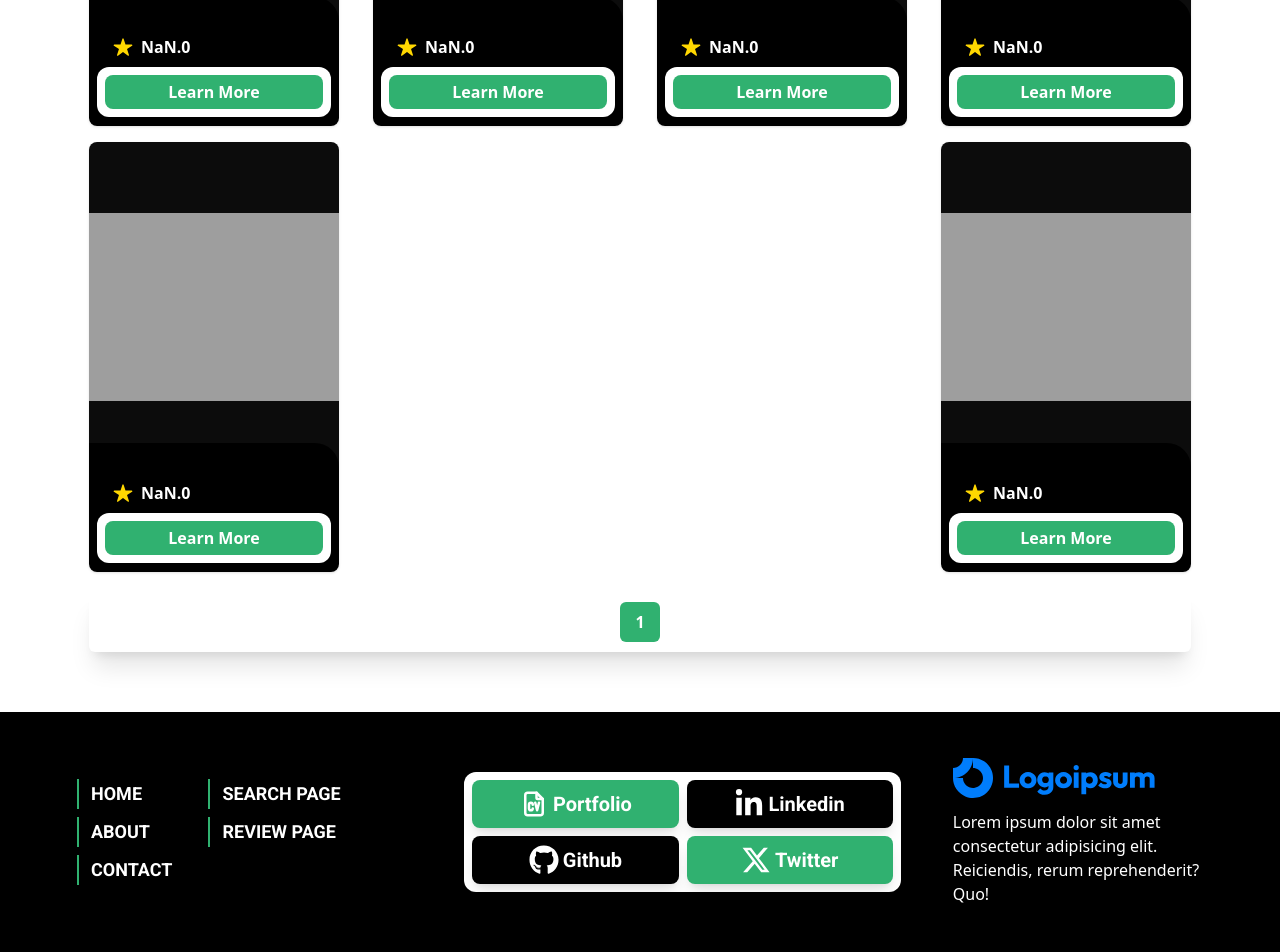
Repository: jayantatech/FrameFlick
Page: /movies
The author's editor kept a copy of each file at every save. The page is drawn from the files as they stood at one save, then again after the next save.
The browser window is 1280 px wide. The pictures show the part of the page from y = 1096 to 2048 px (the page is 2048 px tall).
Pictures or frames that could not be fetched are drawn as grey boxes. The page's requests for data from a server got no answer. The project was rebuilt for these pictures with package versions that can differ from the ones it lists, and the page was loaded fresh each time. No one was signed in, and anything a server would have sent is missing. Also part of the build but not shown: vite.config.js, src/components/header/SearchBar.jsx, src/components/sliderComponent/button.css, src/components/sliderComponent/SliderComponent.jsx, src/pages/home/comingAttractions/ComingAttractions.jsx, src/pages/home/currentFavorites/CurrentFavorites.jsx, src/pages/home/movieGenres/MovieGenres.jsx, src/components/responsiveTitle/responsiveTitle.jsx and 11 more.

Above is the page before, as saved 2024-02-13 19:09:29.

### index.html
<!doctype html>
<html lang="en">

<head>
  <meta charset="UTF-8" />
  <link rel="icon" type="image/svg+xml" href="/vite.svg" />
  <meta name="viewport" content="width=device-width, initial-scale=1.0" />
  <link
    href="https://fonts.googleapis.com/css?family=Roboto:100,100italic,300,300italic,regular,italic,500,500italic,700,700italic,900,900italic"
    rel="stylesheet" />
  <link
    href="https://fonts.googleapis.com/css?family=Poppins:100,100italic,200,200italic,300,300italic,regular,italic,500,500italic,600,600italic,700,700italic,800,800italic,900,900italic"
    rel="stylesheet" />
  <title>Vite + React</title>
</head>

<body>
  <div id="root"></div>
  <script type="module" src="/src/main.jsx"></script>
</body>

</html>

### src/main.jsx
import React from "react";
import ReactDOM from "react-dom/client";
import App from "./App.jsx";
import "./index.css";
import { Provider } from "react-redux";
import store from "./store/Store.js";

ReactDOM.createRoot(document.getElementById("root")).render(
  <React.StrictMode>
    <Provider store={store}>
      <App />
    </Provider>
  </React.StrictMode>
);

### src/App.jsx
import React, { useEffect } from "react";
import ContentWrapper from "./components/contentWrapper/ContentWrapper";
import Header from "./components/header/Header";
import SearchBar from "./components/header/SearchBar";
import { fetchDataFromApi } from "./Utils/api";
import { useDispatch, useSelector } from "react-redux";
import { setFilmGenres, setUrl } from "./store/HomeSlice";
import Home from "./pages/home/Home";
import fetchData from "./components/hooks/fetchData";
import VideoPopBox from "./components/videoPopBox/VideoPopBox";
import Footer from "./components/footer/Footer";
import ReviewPage from "./pages/reviewPage/ReviewPage";
import { BrowserRouter, Route, Routes } from "react-router-dom";
import MoviePage from "./pages/moviePage/MoviePage";

/*
main green color - #58DAA8
2nd main color - #30b170
light green color - #E6FFF8
deep Green color - #409E7A
deep Green color 2 - #5EBEA3

*/

const App = () => {
  const { data, loading } = fetchData("configuration");

  const dispatch = useDispatch();
  useEffect(() => {
    dispatch(setUrl(`${data?.images.secure_base_url + "original"}`));
  }, [data]);

  const { data: genresData, loading: genresLoading } = fetchData(
    `genre/movie/list?language=en`
  );
  useEffect(() => {
    dispatch(setFilmGenres(genresData && genresData?.genres));
  }, [genresData]);

  return (
    <BrowserRouter>
      <VideoPopBox />
      <Header />
      <Routes>
        <Route path="/" element={<Home />} />
        <Route path="/review/:film/:id" element={<ReviewPage />} />
        <Route path="/movies" element={<MoviePage />} />
      </Routes>
      {/* <div className=" w-full h-[800px]"></div> */}
      <Footer />
    </BrowserRouter>
  );
};

export default App;

### src/components/contentWrapper/ContentWrapper.jsx
import React from "react";

const ContentWrapper = ({ children }) => {
  return <div className="w-full max-w-[1158px] mx-auto px-4">{children}</div>;
};

export default ContentWrapper;

### src/components/hooks/fetchData.jsx
import React, { useEffect, useState } from "react";
import { fetchDataFromApi } from "../../Utils/api";

const fetchData = (url) => {
  const [data, setData] = useState(null);
  const [loading, setLoading] = useState(null);
  const [error, setError] = useState(null);

  useEffect(() => {
    setLoading(true);
    setData(null);
    setError(null);
    fetchDataFromApi(url)
      .then((res) => {
        if (res?.status === 404) {
          throw new Error("Videos not found for this video");
        } else {
          return res.json();
        }
      })
      .then((data) => {
        setLoading(false);
        setData(data);
      })
      .catch((error) => setError("Something went wrong"));
  }, [url]);

  return { data, loading, error };
};

export default fetchData;

### src/components/videoPopBox/VideoPopBox.jsx
import React, { useEffect, useState } from "react";
import { IoClose } from "react-icons/io5";
import { useDispatch, useSelector } from "react-redux";
import { setVideoPopBox } from "../../store/HomeSlice";
import ReactPlayer from "react-player";

const VideoPopBox = () => {
  const [activeVideo, setActiveVideo] = useState(false);
  const [videoInfo, setVideoInfo] = useState([]);
  const dispatch = useDispatch();
  const { vidboxOn, vidBoxInfo } = useSelector(
    (state) => state.home.VideoPopBox
  );
  useEffect(() => {
    if (vidboxOn) setActiveVideo(vidboxOn);
    if (vidBoxInfo) setVideoInfo(vidBoxInfo);
  }, [vidboxOn, vidBoxInfo]);

  // useEffect(() => {
  //   if (activeVideo) {
  //     document.body.style.overflow = "hidden";
  //   } else {
  //     document.body.style.overflow = "auto";
  //   }
  // }, [activeVideo]);

  function hideVideoBox() {
    dispatch(setVideoPopBox([{ vidBoxOnPass: false, vidBoxInfoPass: {} }]));
    setActiveVideo(false);
  }

  return (
    <div
      className={` fixed w-screen h-screen top-0 left-0 ${
        activeVideo ? "block z-40" : "hidden -z-0"
      }`}
    >
      <div
        className={` relative top-0 left-0 min-h-screen min-w-screen flex items-center justify-center overflow-hidden`}
      >
        <div
          className=" absolute top-0 left-0 w-full h-full bg-[#000000af]"
          onClick={hideVideoBox}
        ></div>
        <div
          className={`w-[840px] h-[540px] max-lg:w-[660px] max-lg:h-[440px] max-md:w-[360px] max-md:h-[240px] bg-[#fff] shadow-xl rounded-xl py-4 px-4 relative transition-all duration-300 ${
            activeVideo ? "translate-y-[0%]" : "translate-y-[150%]"
          }`}
        >
          <div
            className=" w-[50px] h-[50px] bg-[#30B170] hover:bg-[#58DAA8] text-black hover:text-gray-600  absolute -top-5 -right-5 rounded-full flex items-center justify-center text-4xl cursor-pointer"
            onClick={hideVideoBox}
          >
            <IoClose />
          </div>
          <div className=" w-full h-full bg-black">
            {videoInfo && (
              <ReactPlayer
                url={`https://www.youtube.com/watch?v=${videoInfo?.key}`}
                width={"100%"}
                height={"100%"}
              />
            )}
          </div>
        </div>
      </div>
    </div>
  );
};

export default VideoPopBox;

### src/pages/moviePage/MoviePage.jsx
import React from "react";
import HeroMovie from "./heroMovie/HeroMovie";
import AllMovies from "./allMovies/AllMovies";

const MoviePage = () => {
  return (
    <div>
      <HeroMovie />
      <AllMovies />
    </div>
  );
};

export default MoviePage;

### src/pages/moviePage/heroMovie/HeroMovie.jsx
import React, { useEffect, useState } from "react";
import MyImage from "../../../components/myImage/MyImage";
import fetchData from "../../../components/hooks/fetchData";
import { useSelector } from "react-redux";
import MovieHeroInfo from "../../../components/movieHeroInfo/MovieHeroInfo";

const HeroMovie = () => {
  const [storeGen, setStoreGen] = useState([]);
  const [filmInfo, setFilmInfo] = useState([]);
  const [storeRendom, setStoreRendom] = useState(null);
  const { data, loading } = fetchData(`trending/movie/week`);
  const { url, filmGenres } = useSelector((state) => state.home);

  useEffect(() => {
    let rendomData;
    if (data?.results) {
      const genRanNum = Math.floor(Math.random() * 19);
      rendomData = data?.results[genRanNum];
      setStoreRendom(rendomData);
      console.log(data);
    }
  }, [data]);

  // let testData = storeRendom && storeRendom;
  let movieHeroData = storeRendom && storeRendom;
  useEffect(() => {
    let storeGenNum = [];
    if (movieHeroData) {
      filmGenres?.forEach((element) => {
        if (movieHeroData?.genre_ids.includes(element?.id)) {
          storeGenNum.push(element);
        }
      });
    }
    setStoreGen(storeGenNum);
  }, [filmGenres, movieHeroData]);
  console.log(storeGen);
  return (
    <div className=" w-full h-[590px] max-md:h-[670px] bg-black relative">
      <div className=" w-full h-full bg-[#0000005d] absolute top-0 left-0 z-10"></div>
      <div className=" overflow-hidden w-full h-full absolute top-0 left-0 z-0 ">
        <MyImage
          src={`${url}${!loading && movieHeroData?.backdrop_path}`}
          className={"max-lg:scale-150 max-md:scale-[4]"}
        />
      </div>
      <MovieHeroInfo movieHeroData={movieHeroData} storeGen={storeGen} />
    </div>
  );
};

export default HeroMovie;

### src/pages/moviePage/allMovies/AllMovies.jsx
import React from "react";
import ContentWrapper from "../../../components/contentWrapper/ContentWrapper";
import FilmCard from "../../../components/filmCard/FilmCard";

const AllMovies = () => {
  return (
    <div>
      <ContentWrapper>
        <div className=" py-[60px] px-3">
          <div className=" py-3">
            <h2 className=" capitalize text-3xl font-[Roboto] font-bold">
              our Movie suggestions
            </h2>
          </div>
          <div className=" w-full h-auto flex py-5 flex-row flex-wrap gap-4 items-center justify-between">
            <FilmCard />
            <FilmCard />
            <FilmCard />
            <FilmCard />
            <FilmCard />
            <FilmCard />
          </div>
          <div className=" w-full h-[60px] bg-[#fff] shadow-xl rounded-md flex items-center justify-center">
            <div className=" w-[40px] h-[40px] bg-[#30B170] text-white rounded-md flex items-center justify-center font-semibold">
              1
            </div>
          </div>
        </div>
      </ContentWrapper>
    </div>
  );
};

export default AllMovies;

### src/components/myImage/MyImage.jsx
import React from "react";
import { LazyLoadImage } from "react-lazy-load-image-component";
import "react-lazy-load-image-component/src/effects/blur.css";

const MyImage = ({ src, className, alt }) => (
  <div className=" w-full min-h-full flex items-center justify-center overflow-hidden bg-contain">
    <LazyLoadImage
      alt={alt ? alt : "Frameflick"}
      src={src}
      effect="blur"
      width={"100%"}
      height={"100%"}
      className={`${className}`}
    />
  </div>
);

export default MyImage;

### src/components/movieHeroInfo/MovieHeroInfo.jsx
import React, { useEffect, useState } from "react";
import { IoIosStar } from "react-icons/io";
import ContentWrapper from "../contentWrapper/ContentWrapper";
import GenresCard from "../genresCard/GenresCard";
import BothButton from "../bothButton/BothButton";
import ResponsiveTitle from "../responsiveTitle/responsiveTitle";
import ResponsiveText from "../responsiveText/ResponsiveText";
import RattingBox from "../rattingBox/RattingBox";
import DateBox from "../dateBox/DateBox";

const MovieHeroInfo = ({ movieHeroData, storeGen }) => {
  const [storeSlice, setStoreSlice] = useState(null);
  useEffect(() => {
    const slicGen = storeGen && storeGen?.slice(0, 3);
    setStoreSlice(slicGen);
  }, [storeGen]);

  console.log(storeGen);
  return (
    <ContentWrapper>
      <div className=" relative top-0 left-0 w-full h-[590px] max-md:h-[670px] flex items-end justify-center py-4 z-20">
        <div className=" w-full min-h-[270px] max-lg:min-h-[270px] max-md:min-h-[470px] rounded-lg  bg-[#636262] backdrop-filter backdrop-blur-sm bg-opacity-60 p-4 max-lg:px-2 flex flex-row gap-2 max-md:flex-col">
          <div className=" md:w-3/6">
            <h2 className=" text-3xl font-[Roboto] font-bold text-white min-h-[40px]">
              {movieHeroData?.original_title}
            </h2>
            {/* <ResponsiveTitle data={testData} /> */}
            <div className=" w-full h-[40px]  my-2 flex items-center flex-row gap-2 px-2">
              <DateBox data={movieHeroData} />
              <RattingBox data={movieHeroData} />
            </div>
            {
              <div className=" w-full h-[60px] max-md:h-[80px] max-lg:h-[90px] flex items-center justify-start px-2 flex-row gap-2">
                <ResponsiveText data={movieHeroData} upTo={15} />
              </div>
            }
            <div className=" px-2 py-3 flex items-center justify-center gap-2 flex-row">
              <BothButton data={movieHeroData} />
            </div>
          </div>
          <div className=" md:w-3/6 max-h-[210px] max-lg:max-h-[240px] max-md:min-h-[240px] px-3 py-3 flex items-center justify-start gap-6 max-lg:gap-3 flex-wrap flex-col">
            <div className=" w-full py-1 bg-[#000] text-white text-center rounded-md">
              <span className=" font-[Roboto] font-semibold text-lg">
                {" "}
                {movieHeroData?.original_title} Genres
              </span>
            </div>
            <div className=" flex items-center justify-center gap-3 flex-wrap flex-row max-md:flex-row ">
              {storeSlice?.map((item, index) => (
                <GenresCard key={index} item={item} />
              ))}
            </div>
          </div>
        </div>
      </div>
    </ContentWrapper>
  );
};

export default MovieHeroInfo;

### src/components/filmCard/FilmCard.jsx
import React, { useState } from "react";
import { useDispatch, useSelector } from "react-redux";
import { IoStar } from "react-icons/io5";
import fetchData from "../hooks/fetchData";
import { setVideoPopBox } from "../../store/HomeSlice";
import MyImage from "../myImage/MyImage";
import { useLoaderData, useLocation, useNavigate } from "react-router";

const FilmCard = ({ data, loading }) => {
  const [videoBoxActive, setVideoBoxActive] = useState(false);
  const dispatch = useDispatch();
  const { url } = useSelector((state) => state?.home);
  const { currentTabValu } = useSelector((state) => state?.home);

  const { data: newData, loading: newLoading } = fetchData(
    `${currentTabValu}/${data?.id && data?.id}/videos`
  );

  const averageVote = data && data?.vote_average;
  const votePointer = Number(
    data && data?.vote_average.toString().split(".")[1]
  );

  const originalTitle = data?.original_title || data?.name || "";
  let truncatedTitle;

  if (originalTitle.length >= 18) {
    truncatedTitle = originalTitle.slice(0, 18) + "...";
  } else {
    truncatedTitle = originalTitle;
  }

  let newReleaseDate = data?.release_date || data?.first_air_date;
  const oneVideo = newData?.results?.filter((item) => item?.key);
  const oneTrailer = oneVideo && oneVideo[0];
  const releaseDate =
    newReleaseDate &&
    new Intl.DateTimeFormat("en-US", {
      day: "2-digit",
      month: "short",
      year: "2-digit",
    }).format(new Date(newReleaseDate));
  const openVideoBox = () => {
    dispatch(
      setVideoPopBox([{ vidBoxOnPass: true, vidBoxInfoPass: oneTrailer }])
    );
  };
  const navigateNew = useNavigate();
  const location = useLocation();

  const navigateToNewPage = () => {
    navigateNew(`/review/${currentTabValu}/${data?.id}`);
  };

  return (
    <div className="w-[250px] max-lg:max-w-[220px] max-lg:h-[380px] h-[430px] max-md:w-[240px] rounded-lg overflow-hidden shadow cursor-pointer transition-all duration-300 bg-yellow">
      <div className=" w-full h-full relative">
        <div className=" w-full h-[77%] bg-[#000000f3] overflow-hidden">
          {!loading && (
            <MyImage
              src={`${url}${data?.poster_path}`}
              className="w-full h-full"
            />
          )}
        </div>
        <div className="absolute flex flex-col bottom-0 left-0 w-full h-[30%] bg-gradient-to-b from-[#000000] via-[#000000] to-[#000000] p-2 rounded-tr-3xl text-white">
          <div className="w-full h-[30px] overflow-hidden">
            <h3 className=" text-white text-xl font-semibold">
              {truncatedTitle}
            </h3>
          </div>
          <div className=" flex gap-4">
            <p className=" font-bold">{releaseDate}</p>
            <span className=" flex items-center justify-center gap-2 font-bold">
              <span className=" font-bold text-xl text-[#FFD700]">
                <IoStar />
              </span>
              {`${Math.floor(averageVote)}.${
                votePointer ? votePointer.toString().slice(0, 1) : "0"
              }`}
            </span>
          </div>
          <div className=" w-full h-[50px] bg-white px-2 rounded-xl py-2 flex items-center justify-center gap-2 max-lg:gap-1 font-bold mt-2">
            {oneTrailer && (
              <button
                className=" h-full w-full bg-[black] col-span-1 rounded-lg transition-all duration-300 hover:shadow-md hover:scale-105"
                onClick={openVideoBox}
              >
                Trailer
              </button>
            )}
            <button
              className="h-full w-full bg-[#30b170] rounded-lg transition-all duration-300 hover:shadow-md hover:scale-105"
              onClick={navigateToNewPage}
            >
              Learn More
            </button>
          </div>
        </div>
      </div>
    </div>
  );
};

export default FilmCard;

### src/components/responsiveText/ResponsiveText.jsx
import React from "react";

const ResponsiveText = ({ data, upTo = 20 }) => {
  function getTheDescription(description) {
    const words = description.split(" ").slice(0, upTo).join(" ") + "...";
    return words;
  }
  return (
    <p className=" font-[Poppins] text-lg text-white ">
      {data && getTheDescription(data?.overview)}
    </p>
  );
};

export default ResponsiveText;

### src/components/bothButton/BothButton.jsx
import React from "react";
import { useDispatch } from "react-redux";
import { setVideoPopBox } from "../../store/HomeSlice";
import fetchData from "../hooks/fetchData";
import { useNavigate } from "react-router";

const BothButton = ({ data }) => {
  const { data: newData, loading: newLoading } = fetchData(
    `movie/${data?.id && data?.id}/videos`
  );
  const oneVideo = newData?.results?.filter((item) => item?.key);
  const oneTrailer = oneVideo && oneVideo[0];

  const dispatch = useDispatch();
  const openVideoBox = () => {
    dispatch(
      setVideoPopBox([{ vidBoxOnPass: true, vidBoxInfoPass: oneTrailer }])
    );
  };

  const navigateNew = useNavigate();

  const navigateToNewPage = () => {
    navigateNew(`/review/${"movie"}/${data?.id}`);
  };
  return (
    <>
      <button
        className=" w-full h-[50px] max-lg:h-[40px] bg-[#000] rounded-md text-white font-bold text-2xl font-[Roboto] hover:scale-95 transition-all duration-300 max-lg:text-xl"
        onClick={openVideoBox}
      >
        Trailer
      </button>
      <button
        className=" w-full h-[50px] bg-[#30B170] rounded-md text-white font-bold text-2xl font-[Roboto]  hover:scale-95 transition-all duration-300 max-lg:h-[40px] max-lg:text-xl"
        onClick={navigateToNewPage}
      >
        Learn More
      </button>
    </>
  );
};

export default BothButton;

### src/components/rattingBox/RattingBox.jsx
import React from "react";
import { IoStar } from "react-icons/io5";

const RattingBox = ({ data }) => {
  const averageVote = data && data?.vote_average;

  const votePointer = Number(
    data && data?.vote_average.toString().split(".")[1]
  );

  return (
    <>
      {
        <div className=" text-lg font-extrabold font-[Roboto] flex items-center justify-start gap-2 px-2 py-1 rounded-lg bg-white md:w-[150px]  max-md:w-[50%]">
          Rating:
          <span className=" text-[#ffd700] text-2xl flex items-center justify-center font-bold">
            <IoStar />
          </span>
          {averageVote &&
            votePointer &&
            `${Math.floor(averageVote)}.${
              votePointer ? votePointer.toString().slice(0, 1) : "0"
            }`}
        </div>
      }
    </>
  );
};

export default RattingBox;

### src/components/dateBox/DateBox.jsx
import React from "react";

const DateBox = ({ data }) => {
  function timeFormath(timeTo) {
    const releaseDate = new Intl.DateTimeFormat("en-US", {
      day: "2-digit",
      month: "short",
      year: "2-digit",
    }).format(new Date(timeTo));
    return releaseDate;
  }
  return (
    <div className=" text-lg font-extrabold font-[Roboto] flex items-center justify-start gap-2 px-2 py-1 rounded-lg bg-white md:w-[160px] max-md:w-[50%]">
      Data:
      <span className="font-bold max-md:text-base">
        {data && timeFormath(data?.release_date)}
      </span>
    </div>
  );
};

export default DateBox;

Loaded but not shown: src/index.css (common file); tailwind.config.js (common file); src/store/HomeSlice.js (34 lines, source omitted); src/Utils/api.js (20 lines, source omitted); src/store/Store.js (10 lines, source omitted); src/assets/icons/index.js (3 lines, source omitted); src/components/header/Header.jsx (153 lines, source omitted); src/components/footer/Footer.jsx (83 lines, source omitted)

After the next save:
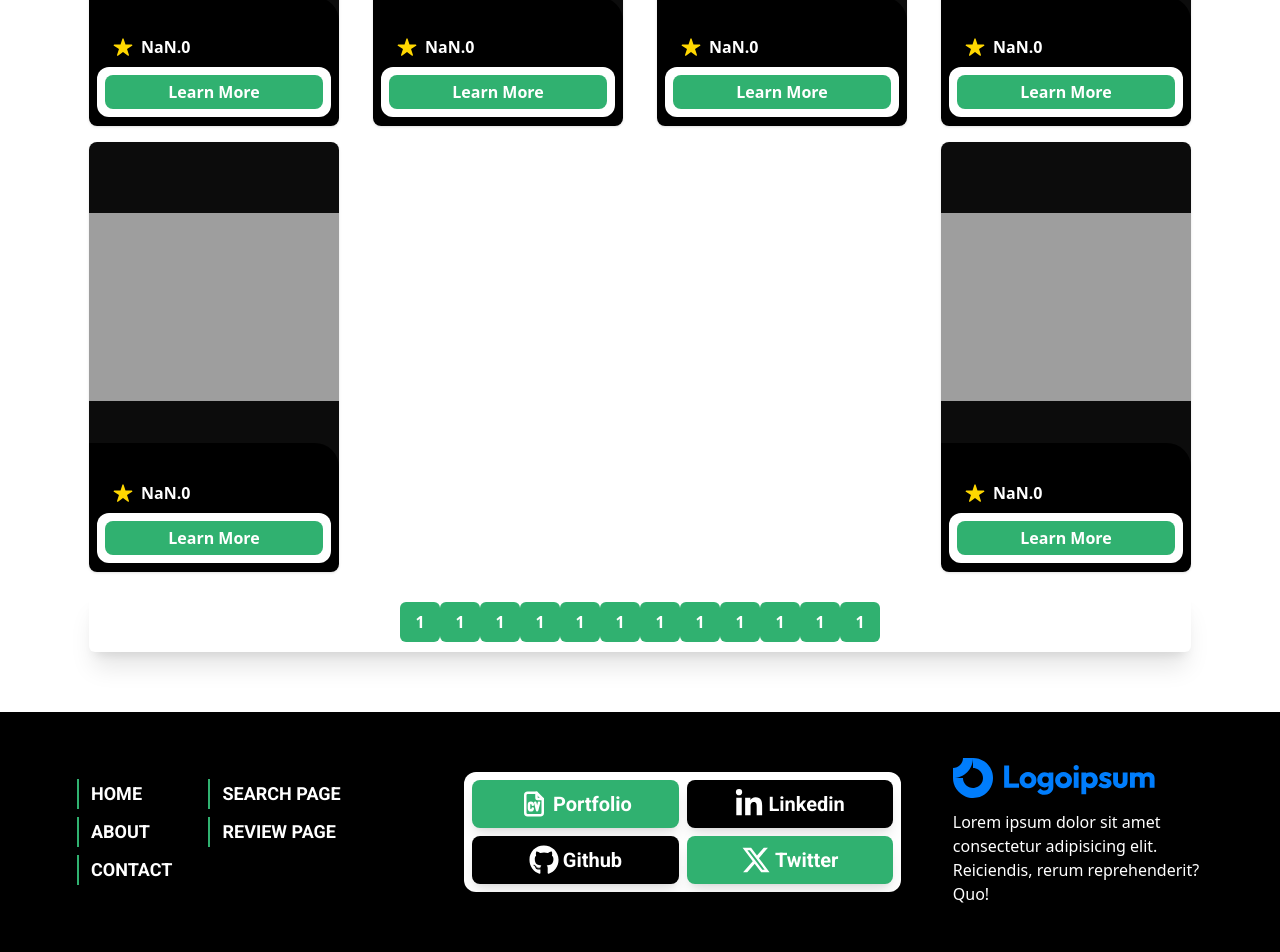
Saved 5 s later.
--- a/src/pages/moviePage/allMovies/AllMovies.jsx
+++ b/src/pages/moviePage/allMovies/AllMovies.jsx
@@ -24,6 +24,39 @@ const AllMovies = () => {
             <div className=" w-[40px] h-[40px] bg-[#30B170] text-white rounded-md flex items-center justify-center font-semibold">
               1
             </div>
+            <div className=" w-[40px] h-[40px] bg-[#30B170] text-white rounded-md flex items-center justify-center font-semibold">
+              1
+            </div>
+            <div className=" w-[40px] h-[40px] bg-[#30B170] text-white rounded-md flex items-center justify-center font-semibold">
+              1
+            </div>
+            <div className=" w-[40px] h-[40px] bg-[#30B170] text-white rounded-md flex items-center justify-center font-semibold">
+              1
+            </div>
+            <div className=" w-[40px] h-[40px] bg-[#30B170] text-white rounded-md flex items-center justify-center font-semibold">
+              1
+            </div>
+            <div className=" w-[40px] h-[40px] bg-[#30B170] text-white rounded-md flex items-center justify-center font-semibold">
+              1
+            </div>
+            <div className=" w-[40px] h-[40px] bg-[#30B170] text-white rounded-md flex items-center justify-center font-semibold">
+              1
+            </div>
+            <div className=" w-[40px] h-[40px] bg-[#30B170] text-white rounded-md flex items-center justify-center font-semibold">
+              1
+            </div>
+            <div className=" w-[40px] h-[40px] bg-[#30B170] text-white rounded-md flex items-center justify-center font-semibold">
+              1
+            </div>
+            <div className=" w-[40px] h-[40px] bg-[#30B170] text-white rounded-md flex items-center justify-center font-semibold">
+              1
+            </div>
+            <div className=" w-[40px] h-[40px] bg-[#30B170] text-white rounded-md flex items-center justify-center font-semibold">
+              1
+            </div>
+            <div className=" w-[40px] h-[40px] bg-[#30B170] text-white rounded-md flex items-center justify-center font-semibold">
+              1
+            </div>
           </div>
         </div>
       </ContentWrapper>
